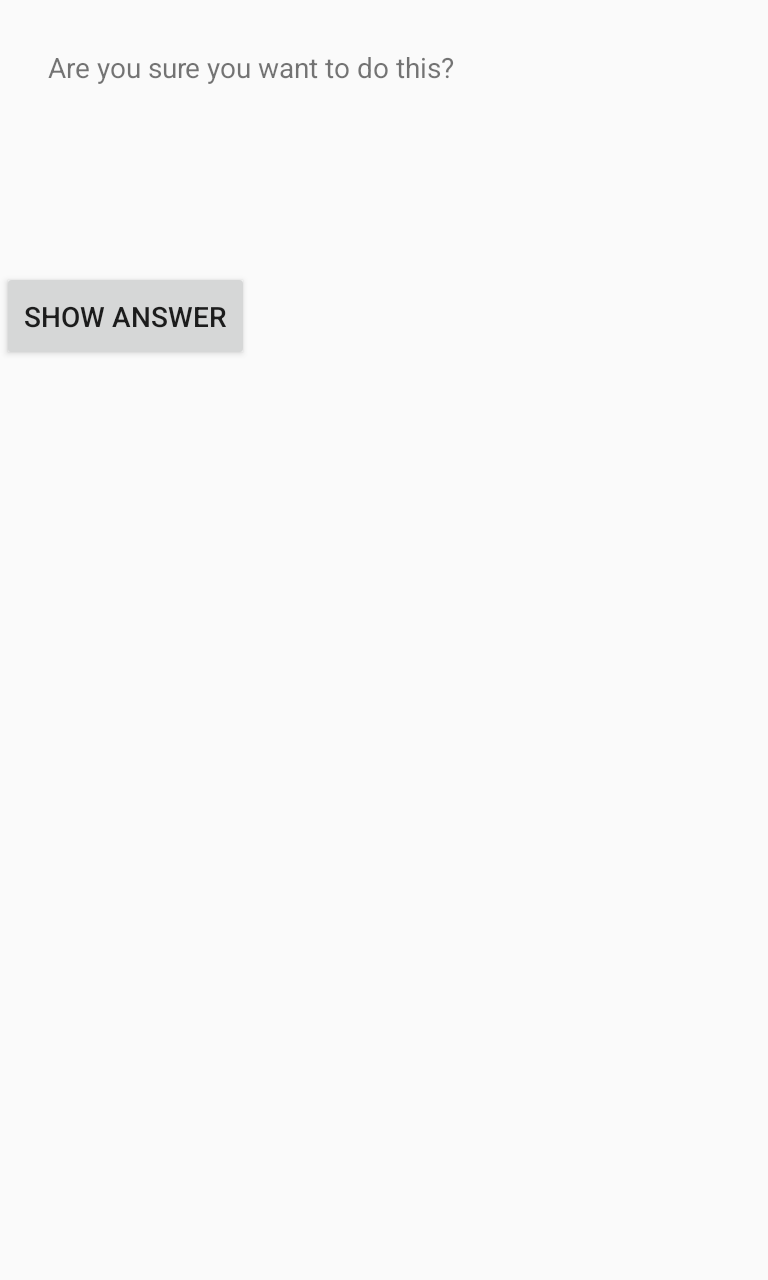
Repository: DaleJulian/AndroidTraining
Layout: GeoQuiz/res/layout/activity_cheat.xml
The author's editor kept a copy of each file at every save. The layout is drawn from the files as they stood at one save, then again after the next save.
It is drawn on a 768 x 1280 px phone screen (xhdpi) without system bars, with theme AppTheme; the app's code is not run.

Above is the layout before, as saved 2015-05-26 07:44:38.

After the next save:
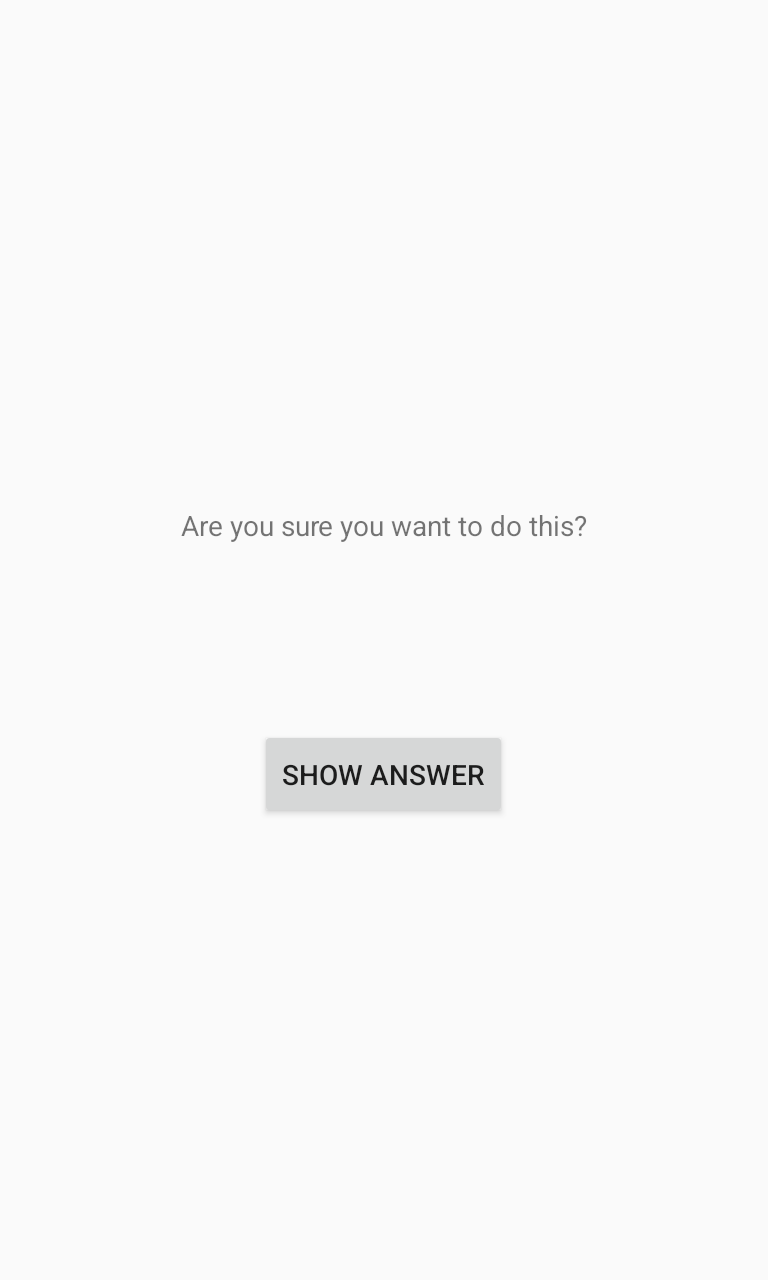
Saved 57 s later.
--- a/GeoQuiz/res/layout/activity_cheat.xml
+++ b/GeoQuiz/res/layout/activity_cheat.xml
@@ -2,7 +2,8 @@
 <LinearLayout xmlns:android="http://schemas.android.com/apk/res/android"
     android:layout_width="match_parent"
     android:layout_height="match_parent"
-    android:orientation="vertical" >
+    android:orientation="vertical"
+    android:gravity="center">
 
 	<TextView
 		android:layout_width="wrap_content"
